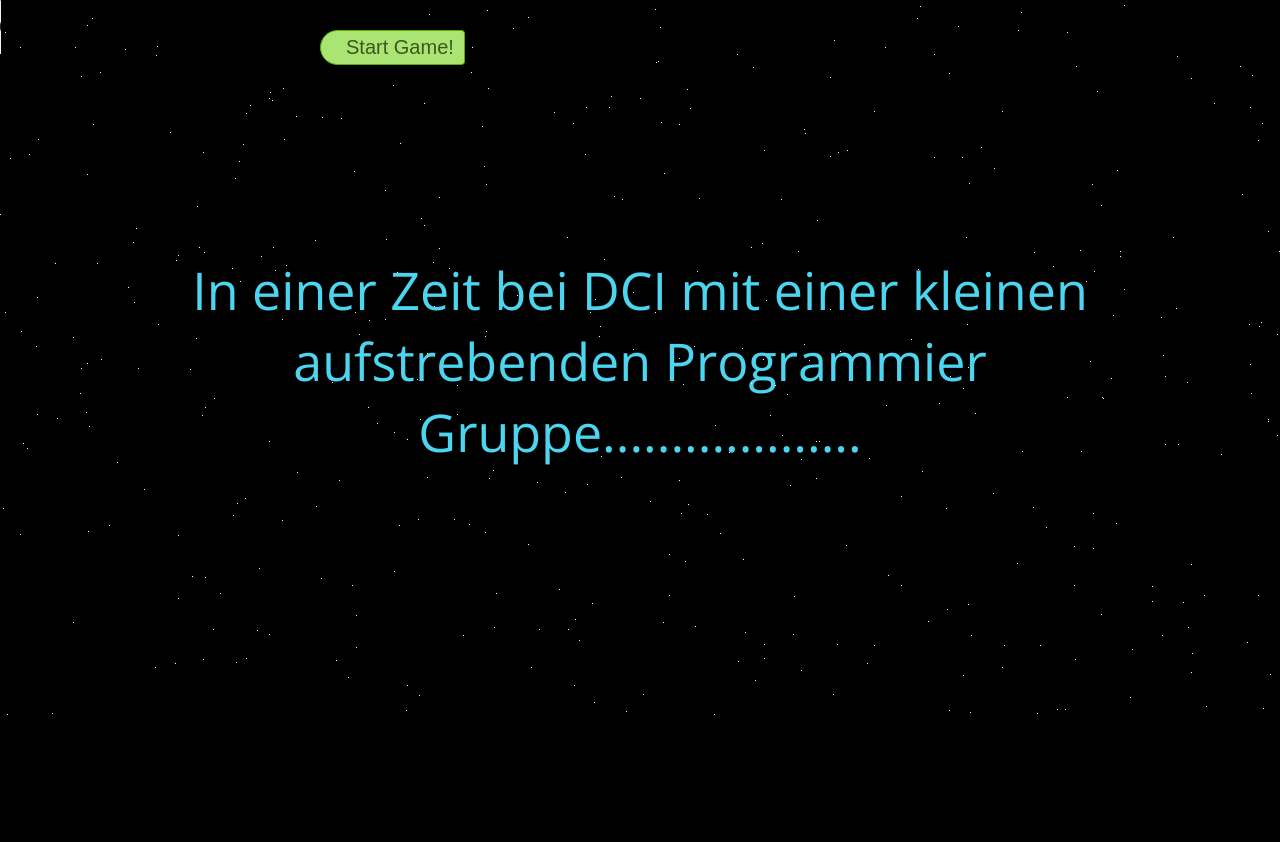
Repository: Der-Metatron/Projekt-Omega-Sprotte
Page: /
These files come from the project's save history. The page is drawn as it stood at one moment and after the next save; the edit follows.
The browser window is 1280 px wide. The pictures show the whole page.
The project was rebuilt for these pictures with package versions that can differ from the ones it lists, and the page was loaded fresh each time. Also part of the build but not shown: src/services/game-control.js, src/components/GameCanvas.css, src/components/GameCanvas.jsx, src/components/Footer.jsx.

Above is the page before, as saved 2022-06-23 17:45:35.

After the next save:
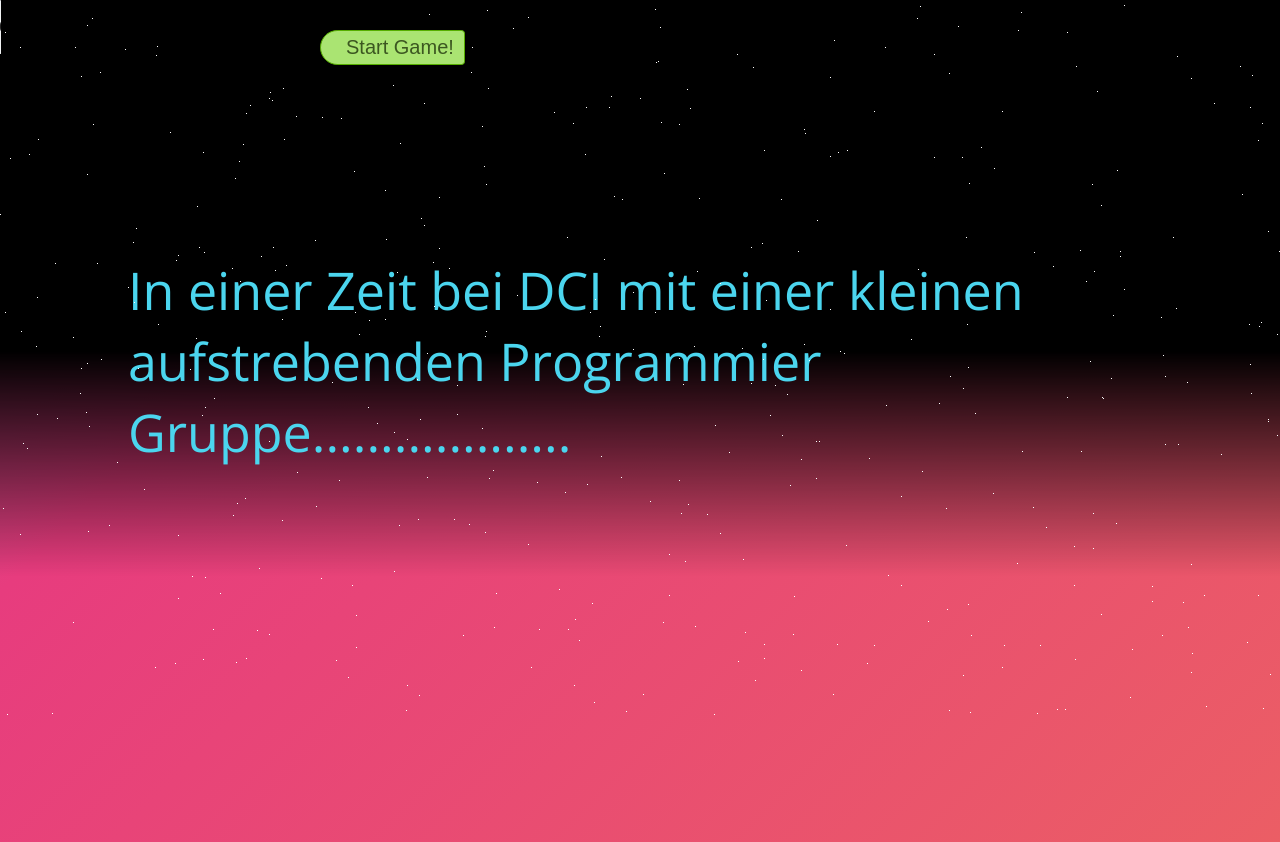
Saved 3 min 28 s later.
--- a/src/App.css
+++ b/src/App.css
@@ -1,51 +1,23 @@
-:root {
-  background-color: black;
-  color: aliceblue;
-}
-h1 {
-  color: brown;
-  text-align: center;
-}
-footer {
-  color: aliceblue;
-  text-align: center;
+html,
+body {
+  width: 100%;
+  height: 100%;
 }
 
-.App {
-  text-align: center;
+body {
+  background: linear-gradient(-45deg, #ee7752, #e73c7e, #23a6d5, #23d5ab);
+  background-size: 400% 400%;
+  animation: gradient 15s ease infinite;
 }
 
-.App-logo {
-  height: 40vmin;
-  pointer-events: none;
-}
-
-@media (prefers-reduced-motion: no-preference) {
-  .App-logo {
-    animation: App-logo-spin infinite 20s linear;
+@keyframes gradient {
+  0% {
+    background-position: 0% 50%;
+  }
+  50% {
+    background-position: 100% 50%;
+  }
+  100% {
+    background-position: 0% 50%;
   }
 }
-
-.App-header {
-  background-color: #282c34;
-  min-height: 100vh;
-  display: flex;
-  flex-direction: column;
-  align-items: center;
-  justify-content: center;
-  font-size: calc(10px + 2vmin);
-  color: white;
-}
-
-.App-link {
-  color: #61dafb;
-}
-
-@keyframes App-logo-spin {
-  from {
-    transform: rotate(0deg);
-  }
-  to {
-    transform: rotate(360deg);
-  }
-}
